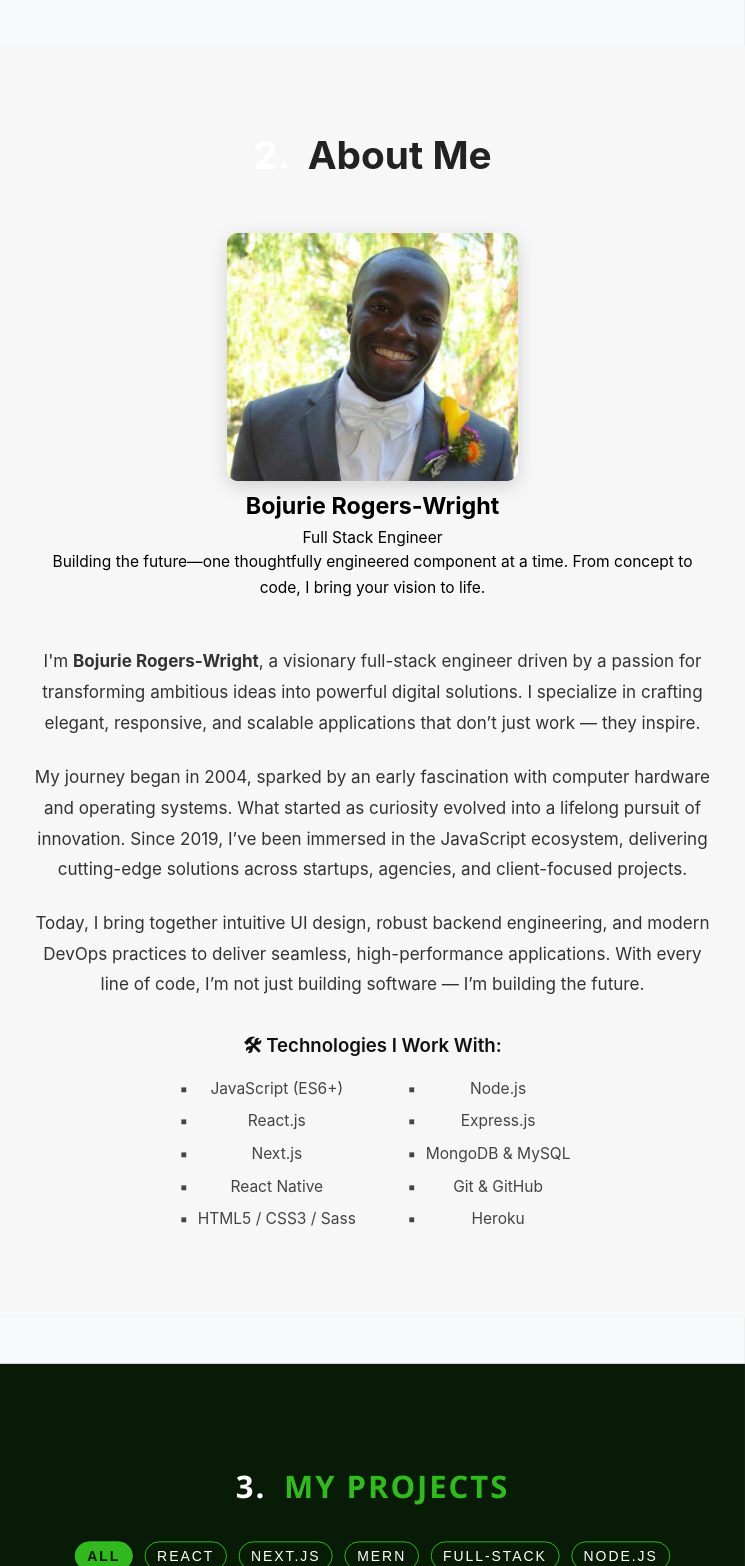
Repository: Bojurie/Portfolio_2022
Page: /
An editor plug-in stored every save of this project. The page is shown before and after the next save, followed by the edit.
The browser window is 768 px wide. The pictures show the part of the page from y = 299 to 1913 px (the page is 6601 px tall before and 6409 px after), at 97% of full size.
Pictures or frames that could not be fetched are drawn as grey boxes. The project was rebuilt for these pictures with package versions that can differ from the ones it lists, and the page was loaded fresh each time. Also part of the build but not shown: src/component/pages/Resume.css, src/component/pages/Resume.js. Imported but missing from the stored project, and not drawn on this page: src/component/Resume.pdf, src/component/images/video.mp4, src/component/videos/Screen Recording 2022-04-01 at 8.22.57 PM.mov, src/component/videos/Screen Recording 2022-04-01 at 8.23.25 PM.mov, src/component/videos/Screen Recording 2022-04-01 at 8.25.20 PM.mov, src/component/videos/Screen Recording 2022-04-01 at 8.27.28 PM.mov, src/component/videos/Screen Recording 2022-04-01 at 8.28.35 PM.mov, src/component/videos/Screen Recording 2022-04-01 at 8.30.37 PM.mov and 3 more.

Above is the page before, as saved 2025-04-22 00:29:27.

After the next save:
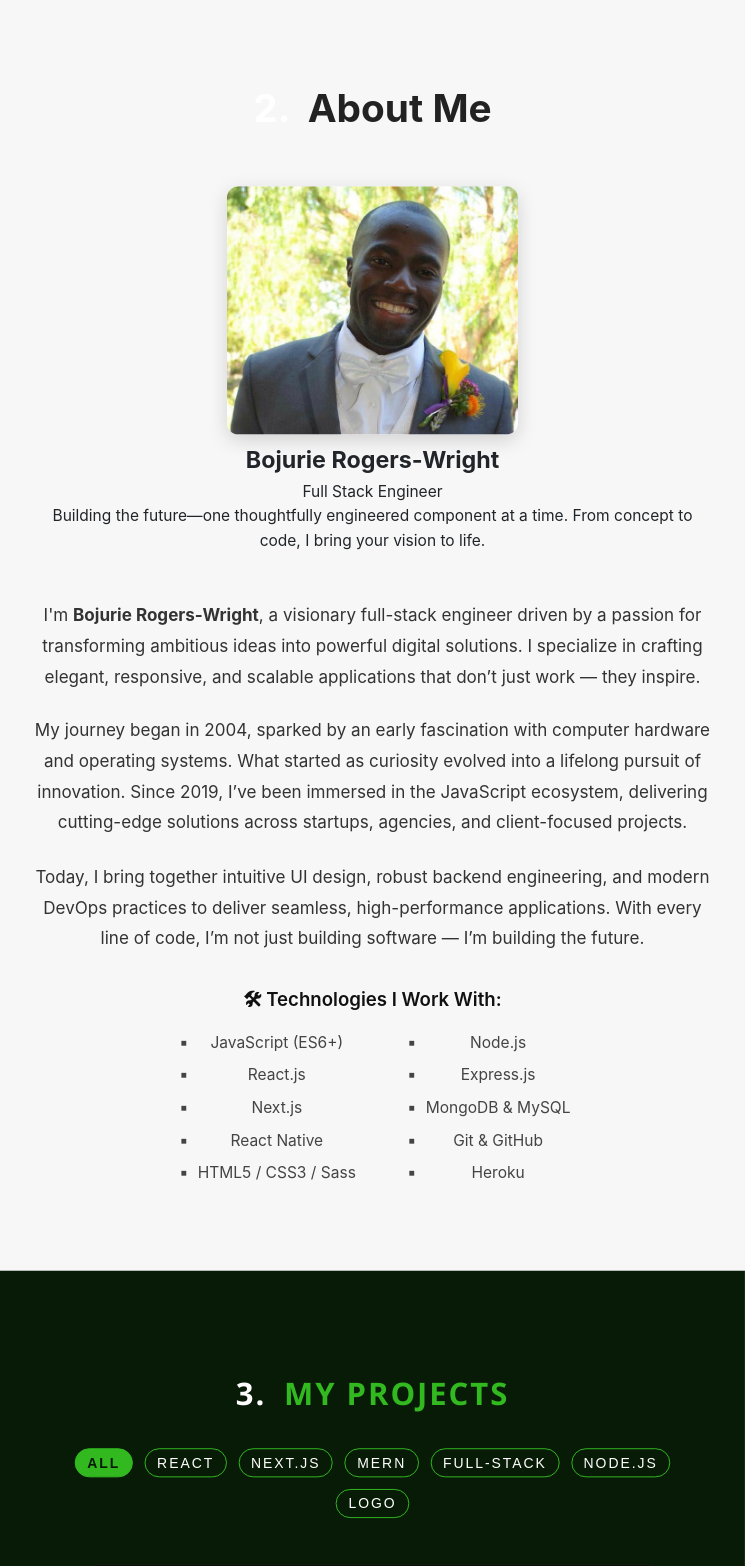
Saved 28 s later.
--- a/src/component/pages/Home.css
+++ b/src/component/pages/Home.css
@@ -1,13 +1,10 @@
 .home {
-  scroll-behavior: smooth;
-  /* background-color: #fff; */
-  color: #000;
+  display: flex;
+  flex-direction: column;
+  overflow-x: hidden;
 }
 
-
-
-@media screen and (max-width: 768px) {
-  section {
-    margin-bottom: 3rem;
-  }
+/* Ensures sections have proper spacing */
+.home > section {
+  scroll-margin-top: 100px;
 }
